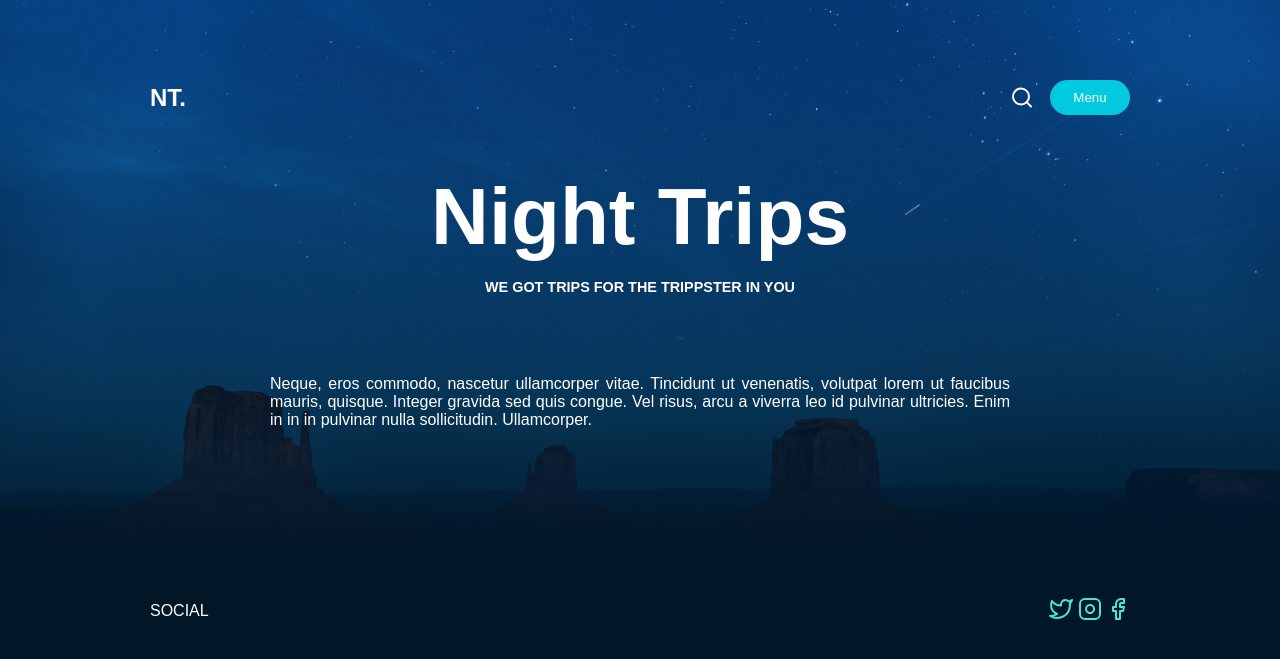
Repository: Silva-jr/night-trip
Page: index.html
These files come from the project's save history. The page is drawn as it stood at one moment and after a run of saves; the edit follows.
The browser window is 1280 px wide. The pictures show the whole page.

Above is the page before, as saved 2021-07-21 00:03:14.

After the next 2 saves:
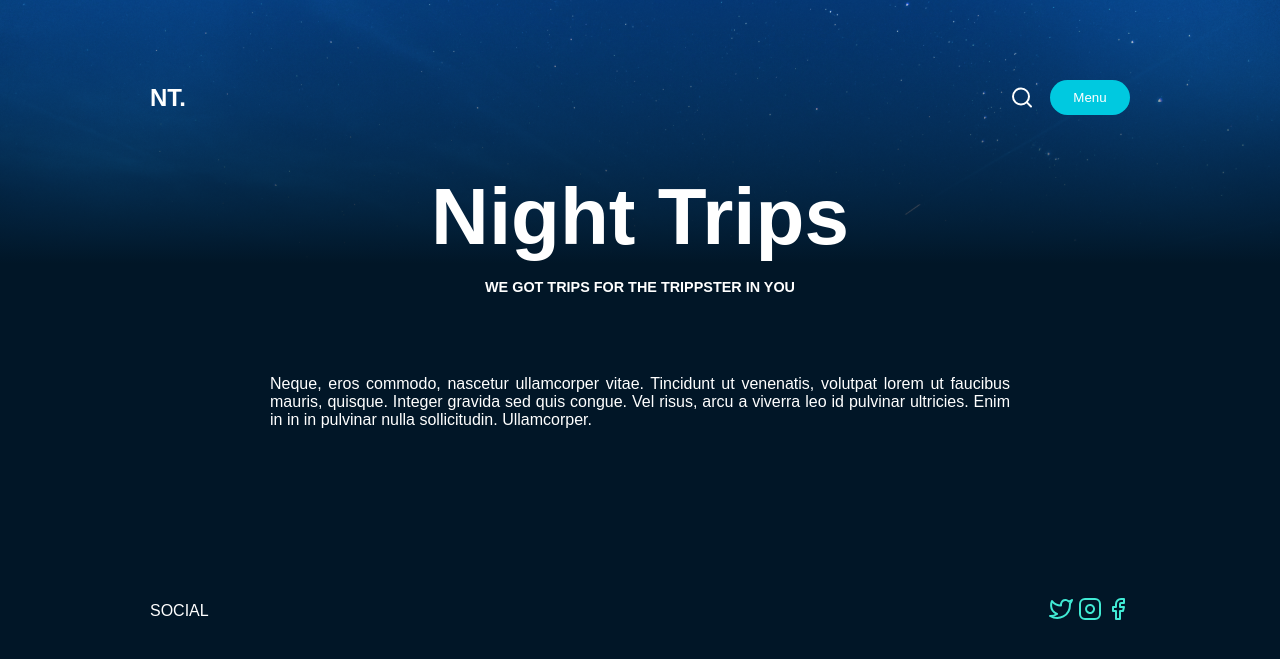
The 2 saves are shown as one change because they came seconds apart.
The last was saved 11 s later.
--- a/style/style.css
+++ b/style/style.css
@@ -37,7 +37,7 @@ a {
 
 .container {
 
-    background-image: linear-gradient(rgba(1, 22, 39, 0) 0%, #011627 76.64%, #011627 80%), url("../assets/back2.png");
+    background-image: linear-gradient(rgba(1, 22, 39, 0) 0%, #011627 36.64%, #011627 50%), url("../assets/back2.png");
     height          : 100vh;
     background-size: cover;
 }
